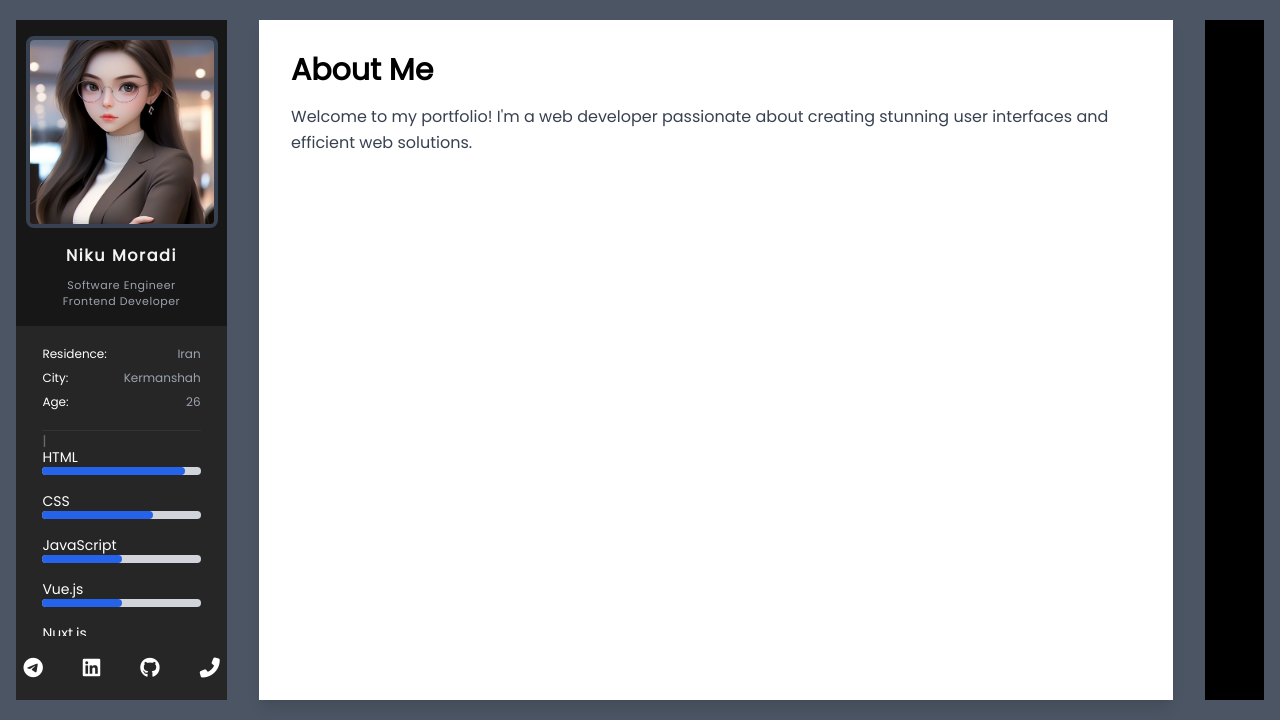
Repository: NikuMoradi/niku-moradi
Page: /
An editor plug-in stored every save of this project. The page is shown before and after the next save, followed by the edit.
The browser window is 1280 px wide. The pictures show the whole page.
The project was rebuilt for these pictures with package versions that can differ from the ones it lists, and the page was loaded fresh each time. The framework's server and built-in components were replaced by stand-ins that run in the browser. Also part of the build but not shown: nuxt.config.ts, components/Blog Posts/Component-Design.vue, components/Blog.vue, components/Contact.vue, components/Education.vue, components/Experience.vue, components/Hero.vue, components/Menu.vue and 3 more.

Above is the page before, as saved 2024-11-29 11:42:51.

After the next save:
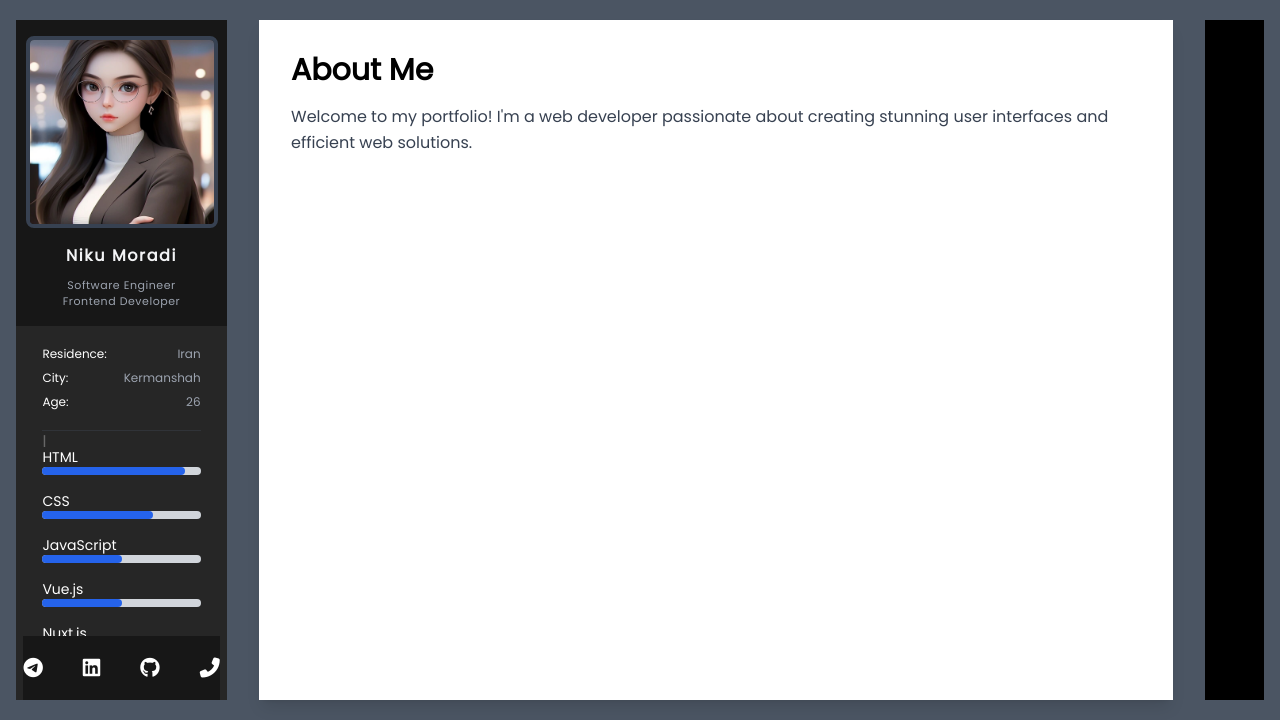
Saved 28 s later.
--- a/components/LeftPanel.vue
+++ b/components/LeftPanel.vue
@@ -103,7 +103,7 @@
     </div>
 
     <!-- Social Links -->
-    <div class="py-5 text-center mt-auto bg-neutral-800 text-white">
+    <div class="py-5 text-center mt-auto bg-neutral-900 text-white">
       <div class="space-x-10">
         <a
           href="https://t.me/yourusername"
